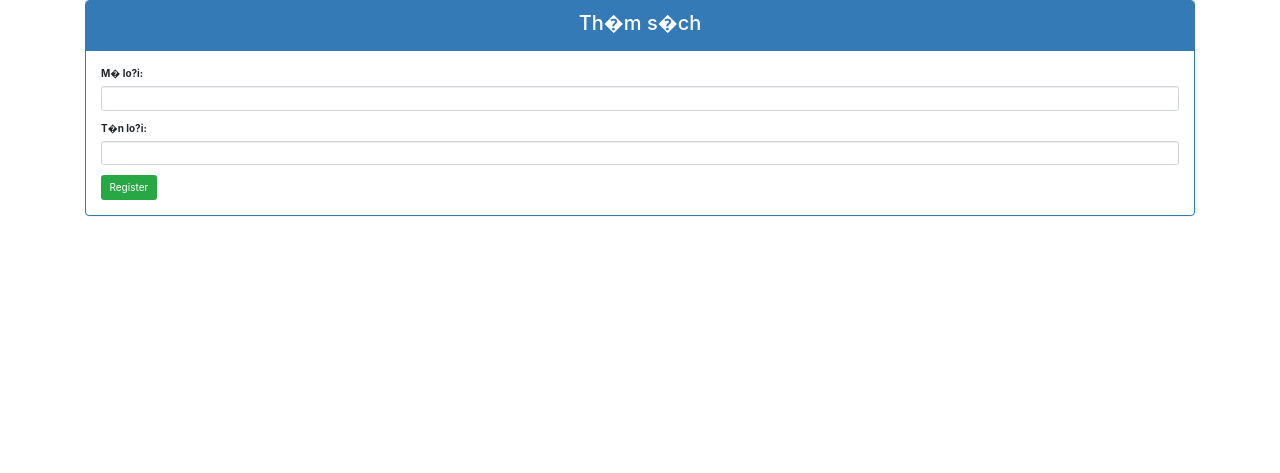
Repository: jehjery/trang-ban-sach
Page: http://localhost/test1/webapp/ThemSach.jsp
The author's editor kept a copy of each file at every save. The page is drawn from the files as they stood at one save, then again after the next save.
The browser window is 1280 px wide. The pictures show the whole page.
The page is served by Tomcat 9. Other server files are loaded and not shown.

Above is the page before, as saved 2022-12-06 23:51:13.

### test1/src/main/webapp/webapp/ThemSach.jsp
<%@page import="bean.loaibean"%>
<%@ page language="java" contentType="text/html; chars	et=UTF-8"
    pageEncoding="UTF-8"%>
<!DOCTYPE html>
<html>
<head>
<style>
.form-label{
    color: darkturquoise;
    form-check-label{
    color: darkturquoise!important;
    }
}
</style>
<link rel="stylesheet" href="./sachonl.css">
  <link rel="stylesheet" href="https://maxcdn.bootstrapcdn.com/bootstrap/3.4.1/css/bootstrap.min.css">
	<title>Registation Form * Form Tutorial</title>
	<!-- Latest compiled and minified CSS -->
	<link rel="stylesheet" href="https://maxcdn.bootstrapcdn.com/bootstrap/4.4.1/css/bootstrap.min.css">

	<!-- jQuery library -->
	<script src="https://ajax.googleapis.com/ajax/libs/jquery/3.4.1/jquery.min.js"></script>

	<!-- Popper JS -->
	<script src="https://cdnjs.cloudflare.com/ajax/libs/popper.js/1.16.0/umd/popper.min.js"></script>

	<!-- Latest compiled JavaScript -->
	<script src="https://maxcdn.bootstrapcdn.com/bootstrap/4.4.1/js/bootstrap.min.js"></script>
</head>
<body>
<section class="vh-100">
	<div class="container">
		<div class="panel panel-primary">
			<div class="panel-heading">
				<h2 class="text-center">Thêm sách </h2>
			</div>
			<%loaibean loai= new loaibean();
			  if (request.getAttribute("loai")!=null)
			{ loai= (loaibean)request.getAttribute("loai"); %>
			<%}%>
			<form action="Themloai"method="post">
			<div class="panel-body">
				<div class="form-group">
				  <label for="usr">Mã loại:</label>
				  <input <%if(loai.getMaloai()!=null){%>value="<%=loai.getMaloai()%>" <%}	 %>
				  name= "maloai" required="true" type="text" class="form-control" id="usr">
				</div>
				<div class="form-group">
				  <label for="usr">Tên loại:</label>
				  <input <%if(loai.getTenloai()!=null){%>value="<%=loai.getTenloai()%>" <%}	 %>
				  name= "Tenloai" required="true" type="text" class="form-control" id="usr">
				</div>



				<!-- <div class="form-group">
				  <label for="address">Address:</label>
				  <input type="text" class="form-control" id="address">
				</div> -->
				<!-- <div class="form-group">
				  <label for="email">Email:</label>
				  <input required="true" type="email" class="form-control" id="email">
				</div> -->
				<!-- <div class="form-group">
				  <label for="birthday">Birthday:</label>
				  <input type="date" class="form-control" id="birthday">
				</div> -->
				<button  class="btn btn-success">Register</button>
			</div>
			</form>
		</div>
	</div>
</body>
</html>

### test1/src/main/java/bean/loaibean.java
package bean;

public class loaibean {
    private String maloai;
    private String tenloai;
    //Phat sinh ham tao (ko tham so, day du tham so), cac ham get,set
	public loaibean() {
		super();
		// TODO Auto-generated constructor stub
	}
	public loaibean(String maloai, String tenloai) {
		super();
		this.maloai = maloai;
		this.tenloai = tenloai;
	}
	public String getMaloai() {
		return maloai;
	}
	public void setMaloai(String maloai) {
		this.maloai = maloai;
	}
	public String getTenloai() {
		return tenloai;
	}
	public void setTenloai(String tenloai) {
		this.tenloai = tenloai;
	}

}

### test1/src/main/webapp/webapp/sachonl.css
.gradient-custom-2 {
/* fallback for old browsers */
background: #fccb90;

/* Chrome 10-25, Safari 5.1-6 */
background: -webkit-linear-gradient(to right, #ee7724, #d8363a, #dd3675, #b44593);

/* W3C, IE 10+/ Edge, Firefox 16+, Chrome 26+, Opera 12+, Safari 7+ */
background: linear-gradient(to right, #ee7724, #d8363a, #dd3675, #b44593);
}

@media (min-width: 768px) {
.gradient-form {
height: 100vh !important;
}
}
@media (min-width: 769px) {
.gradient-custom-2 {
border-top-right-radius: .3rem;
border-bottom-right-radius: .3rem;
}
}

After the next save:
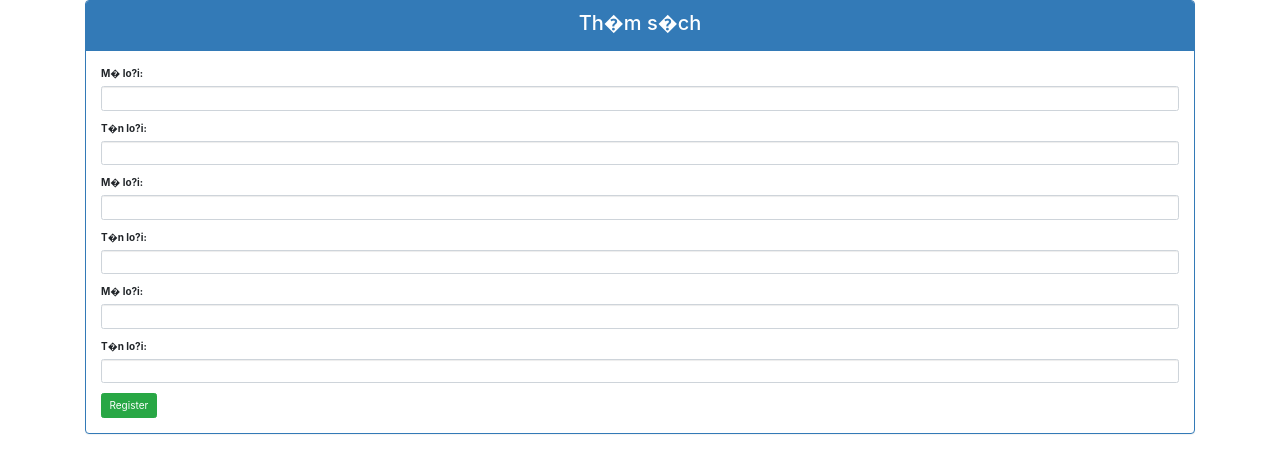
Saved 12 s later.
--- a/test1/src/main/webapp/webapp/ThemSach.jsp
+++ b/test1/src/main/webapp/webapp/ThemSach.jsp
@@ -51,6 +51,26 @@
 				  name= "Tenloai" required="true" type="text" class="form-control" id="usr">
 				</div>
 
+						<div class="form-group">
+				  <label for="usr">Mã loại:</label>
+				  <input <%if(loai.getMaloai()!=null){%>value="<%=loai.getMaloai()%>" <%}	 %>
+				  name= "maloai" required="true" type="text" class="form-control" id="usr">
+				</div>
+				<div class="form-group">
+				  <label for="usr">Tên loại:</label>
+				  <input <%if(loai.getTenloai()!=null){%>value="<%=loai.getTenloai()%>" <%}	 %>
+				  name= "Tenloai" required="true" type="text" class="form-control" id="usr">
+				</div>
+						<div class="form-group">
+				  <label for="usr">Mã loại:</label>
+				  <input <%if(loai.getMaloai()!=null){%>value="<%=loai.getMaloai()%>" <%}	 %>
+				  name= "maloai" required="true" type="text" class="form-control" id="usr">
+				</div>
+				<div class="form-group">
+				  <label for="usr">Tên loại:</label>
+				  <input <%if(loai.getTenloai()!=null){%>value="<%=loai.getTenloai()%>" <%}	 %>
+				  name= "Tenloai" required="true" type="text" class="form-control" id="usr">
+				</div>
 
 
 				<!-- <div class="form-group">
